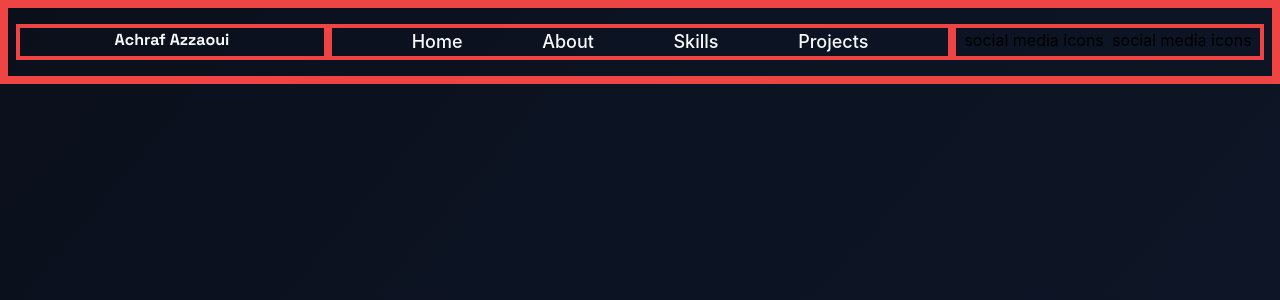
Repository: AchrafAzzaoui/Portfolio-Website
Page: / (app in achrafs-portfolio/)
These files come from the project's save history. The page is drawn as it stood at one moment and after the next save; the edit follows.
The browser window is 1280 px wide. The pictures show the whole page.
Some web fonts or font styles are not loaded; a fallback is used. The project was rebuilt for these pictures with package versions that can differ from the ones it lists, and the page was loaded fresh each time. Also part of the build but not shown: achrafs-portfolio/vite.config.ts.

Above is the page before, as saved 2025-01-02 21:35:23.

### achrafs-portfolio/index.html
<!DOCTYPE html>
<html lang="en">
  <head>
    <meta charset="UTF-8" />
    <link rel="icon" type="image/svg+xml" href="/vite.svg" />
    <meta name="viewport" content="width=device-width, initial-scale=1.0" />
    <!-- Inter for body text -->
    <link rel="preconnect" href="https://rsms.me/" />
    <link rel="stylesheet" href="https://rsms.me/inter/inter.css" />

    <!-- Space Grotesk for headlines -->
    <link rel="preconnect" href="https://fonts.googleapis.com" />
    <link rel="preconnect" href="https://fonts.gstatic.com" crossorigin />
    <link
      href="https://fonts.googleapis.com/css2?family=Space+Grotesk:wght@500;600;700&display=swap"
      rel="stylesheet"
    />
    <title>Achraf's Portfolio Website</title>
  </head>
  <body>
    <div id="root"></div>
    <script type="module" src="/src/main.tsx"></script>
  </body>
</html>

### achrafs-portfolio/src/index.css
@tailwind base;
@tailwind components;
@tailwind utilities;
@tailwind base;
@tailwind components;
@tailwind utilities;

@layer base {
  * {
    margin: 0;
    padding: 0;
    box-sizing: border-box;
  }

  html {
    scroll-behavior: smooth;
  }

  body {
    @apply font-sans antialiased;
  }

  ul,
  ol {
    list-style: none;
  }

  a {
    text-decoration: none;
    color: inherit;
  }

  img {
    max-width: 100%;
    height: auto;
  }

  button {
    background: none;
    border: none;
    cursor: pointer;
  }
}

### achrafs-portfolio/src/App.tsx
import "./index.css";
import Header from "./components/layout/Header.tsx";
export default function App() {
  return (
    <div className="min-h-screen bg-gradient-dark">
      <Header />
    </div>
  );
}

### achrafs-portfolio/src/components/layout/Header.tsx
import { useState } from "react";

export default function Header() {
  const [isMenuOpen, setIsMenuOpen] = useState(false);

  return (
    <header className="px-2 py-4 border-8 border-red-500">
      <nav className="flex ">
        <div className="basis-1/4 flex-auto flex justify-center align-middle font-display font-bold text-dark-text-primary border-4 border-red-500">
          <h2>Achraf Azzaoui</h2>
        </div>
        <div className="basis-2/4 flex-auto flex justify-evenly align-middle border-4 border-red-500">
          <a
            href="#home"
            className="font-sans font-medium text-dark-text-primary text-lg"
          >
            Home
          </a>
          <a
            href="#about"
            className="font-sans font-medium text-dark-text-primary text-lg"
          >
            About
          </a>
          <a
            href="#skills"
            className="font-sans font-medium text-dark-text-primary text-lg"
          >
            Skills
          </a>
          <a
            href="#projects"
            className="font-sans font-medium text-dark-text-primary text-lg"
          >
            Projects
          </a>
        </div>
        <div className="basis-1/4 flex-auto flex justify-evenly align-middle border-4 border-red-500">
          <h1>social media icons</h1>
          <h1>social media icons</h1>
        </div>
      </nav>
    </header>
  );
}

### achrafs-portfolio/tailwind.config.js
/** @type {import('tailwindcss').Config} */
const defaultTheme = require("tailwindcss/defaultTheme");

export default {
  content: ["./index.html", "./src/**/*.{js,ts,jsx,tsx}"],
  theme: {
    extend: {
      backgroundImage: {
        "gradient-dark":
          "linear-gradient(130deg, #0A0F1A 0%, #0C1322 40%, #0E1628 100%)",
        "gradient-light":
          "linear-gradient(130deg, #F8FAFC 0%, #EEF2F6 40%, #E2E8F0 100%)", // Light theme gradient
      },
      colors: {
        // Dark theme
        dark: {
          text: {
            primary: "#F8FAFC", // Almost white
            secondary: "#94A3B8", // Lighter gray
            muted: "#64748B", // Muted gray
          },
        },
        // Light theme
        light: {
          text: {
            primary: "#0F172A", // Very dark blue/gray
            secondary: "#334155", // Dark gray
            muted: "#64748B", // Same as dark for balance
          },
        },
      },
      fontFamily: {
        sans: ["Inter", ...defaultTheme.fontFamily.sans],
        display: ["Space Grotesk", ...defaultTheme.fontFamily.sans],
      },
    },
  },
  plugins: [],
};

Loaded but not shown: achrafs-portfolio/src/main.tsx (common file)

After the next save:
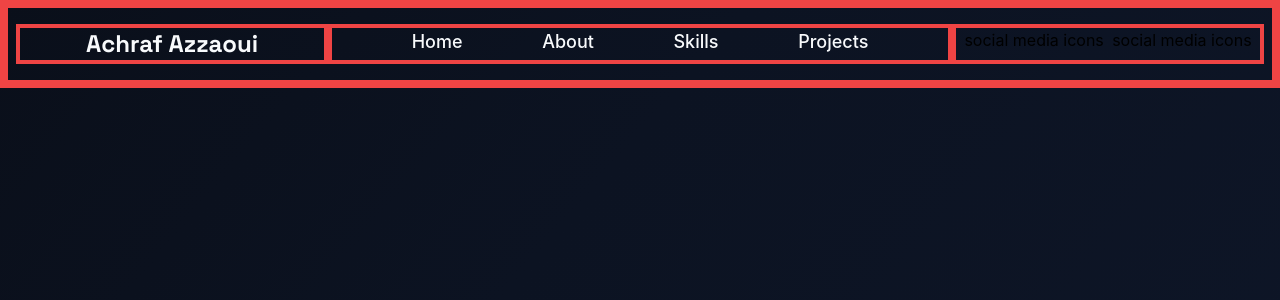
Saved 17 s later.
--- a/achrafs-portfolio/src/components/layout/Header.tsx
+++ b/achrafs-portfolio/src/components/layout/Header.tsx
@@ -7,7 +7,7 @@ export default function Header() {
     <header className="px-2 py-4 border-8 border-red-500">
       <nav className="flex ">
         <div className="basis-1/4 flex-auto flex justify-center align-middle font-display font-bold text-dark-text-primary border-4 border-red-500">
-          <h2>Achraf Azzaoui</h2>
+          <h2 className="text-2xl">Achraf Azzaoui</h2>
         </div>
         <div className="basis-2/4 flex-auto flex justify-evenly align-middle border-4 border-red-500">
           <a
